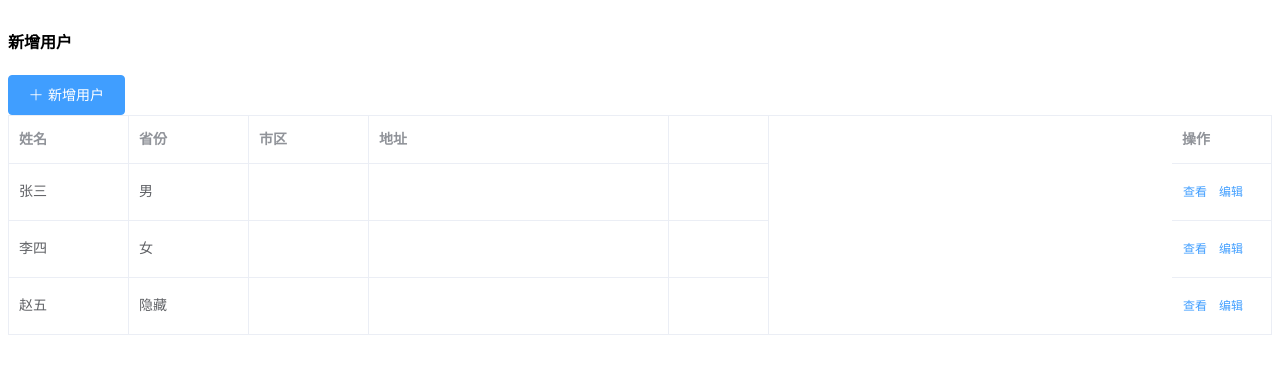
Repository: xinwuhao/New-user
Page: /
The author's editor kept a copy of each file at every save. The page is drawn from the files as they stood at one save, then again after the next save.
The browser window is 1280 px wide. The pictures show the whole page.
The project was rebuilt for these pictures with package versions that can differ from the ones it lists, and the page was loaded fresh each time.

Above is the page before, as saved 2021-12-21 15:50:26.

### src/main.js
import Vue from 'vue'
import App from './App.vue'
import router from './router'
import store from './store'
import ElementUI from 'element-ui';
import 'element-ui/lib/theme-chalk/index.css';

Vue.use(ElementUI);
Vue.config.productionTip = false

new Vue({
  router,
  store,
  el: '#app',
  render: h => h(App)
}).$mount('#app')

### src/views/Home.vue
<template>
  <div class="container">
    <div class="content">
      <h4>新增用户</h4>
      <div>
        <el-button
          type="primary"
          icon="el-icon-plus"
          @click="dialogVisible = true"
          >新增用户</el-button
        >
        <el-dialog title="提示" :visible.sync="dialogVisible" width="30%">
          <el-form
            :model="ruleForm"
            :rules="rules"
            ref="ruleForm"
            label-width="100px"
            class="demo-ruleForm"
          >
            <el-form-item label="名称" prop="name">
              <el-input v-model="ruleForm.name"></el-input>
            </el-form-item>
            <el-form-item label="性别" prop="sex">
              <el-radio-group
                v-model="ruleForm.sex"
                v-for="(item, index) in sex"
                :key="index"
              >
                <el-radio :label="item" style="margin-right: 10px"></el-radio>
              </el-radio-group>
            </el-form-item>
            <el-form-item label="手机号码" prop="contact">
              <el-input v-model="ruleForm.contact"></el-input>
            </el-form-item>
            <el-form-item label="邮箱" prop="mailbox">
              <el-input v-model="ruleForm.mailbox"></el-input>
            </el-form-item>
            <el-form-item>
              <el-button type="primary" @click="submitForm('ruleForm')"
                >立即新增</el-button
              >
              <el-button @click="resetForm('ruleForm')">取消</el-button>
            </el-form-item>
          </el-form>
        </el-dialog>
      </div>
      <!-- 用户列表 -->
      <div>
        <el-table :data="list" border style="width: 100%">
          <el-table-column prop="name" label="姓名" width="120">
          </el-table-column>
          <el-table-column prop="sex" label="省份" width="120">
          </el-table-column>
          <el-table-column prop="city" label="市区" width="120">
          </el-table-column>
          <el-table-column prop="address" label="地址" width="300">
          </el-table-column>
          <el-table-column fixed="right" label="操作" width="100">
            <template slot-scope="scope">
              <el-button
                @click="handleClick(scope.row)"
                type="text"
                size="small"
                >查看</el-button
              >
              <el-button type="text" size="small">编辑</el-button>
            </template>
          </el-table-column>
        </el-table>
      </div>
    </div>
  </div>
</template>

<script>
//引入子组件

export default {
  name: "",
  props: {},
  data() {
    return {
      dialogVisible: false,
      list: [
        {
          name: "张三",
          sex: "男",
          contact: "18581784400",
          mailbox: "12345@qq.com",
        },
        {
          name: "李四",
          sex: "女",
          contact: "18581784401",
          mailbox: "12346@qq.com",
        },
        {
          name: "赵五",
          sex: "隐藏",
          contact: "18581784402",
          mailbox: "12347@qq.com",
        },
      ],
      sex: ["隐藏", "男", "女"],
      ruleForm: {
        name: "",
        sex: "",
        contact: "",
        mailbox: "",
      },
      rules: {
        name: [
          { required: true, message: "请输入用户名称", trigger: "blur" },
          { min: 1, max: 5, message: "长度在 1 到 5 个字符", trigger: "blur" },
        ],
        contact: [
          { required: true, message: "请输入手机号码", trigger: "blur" },
          { min: 11, max: 11, message: "输入的手机号码有误", trigger: "blur" },
          {
            pattern:
              /^(?:(?:\+|00)86)?1(?:(?:3[\d])|(?:4[5-79])|(?:5[0-35-9])|(?:6[5-7])|(?:7[0-8])|(?:8[\d])|(?:9[189]))\d{8}$/,
            message: "输入的手机号码有误",
            trigger: "blur",
          },
        ],
        mailbox: [
          { required: true, message: "请输入邮箱", trigger: "blur" },
          {
            pattern:
              /^(([^<>()[\]\\.,;:\s@"]+(\.[^<>()[\]\\.,;:\s@"]+)*)|(".+"))@((\[[0-9]{1,3}\.[0-9]{1,3}\.[0-9]{1,3}\.[0-9]{1,3}\])|(([a-zA-Z\-0-9]+\.)+[a-zA-Z]{2,}))$/,
            message: "输入的邮箱有误",
            trigger: "blur",
          },
        ],
        sex: [{ required: true, message: "性别", trigger: "change" }],
      },
    };
  },
  components: {},
  methods: {
    submitForm(formName) {
      this.$refs[formName].validate((valid) => {
        if (valid) {
          this.$message.success("新增成功");
          this.dialogVisible = false;
          this.list.unshift(this.ruleForm);
          console.log(this.list);
        } else {
          this.$message.error("您还有信息没有填写或者填写的信息有误");
          return false;
        }
      });
    },
    resetForm(formName) {
      this.$refs[formName].resetFields();
      this.dialogVisible = false;
    },
  },
  mounted() {},
  computed: {},
  watch: {},
};
</script>

<style lang='scss' scoped>
.container {
  display: flex;
  justify-content: center;
}
.content {
  width: 1450px;
  /* 注意适配的宽度必须大于最小适配宽度 */
}
.flex {
  display: flex;
}
</style>

Loaded but not shown: public/index.html (common file); src/App.vue (common file); src/router/index.js (common file); src/store/index.js (common file)

After the next save:
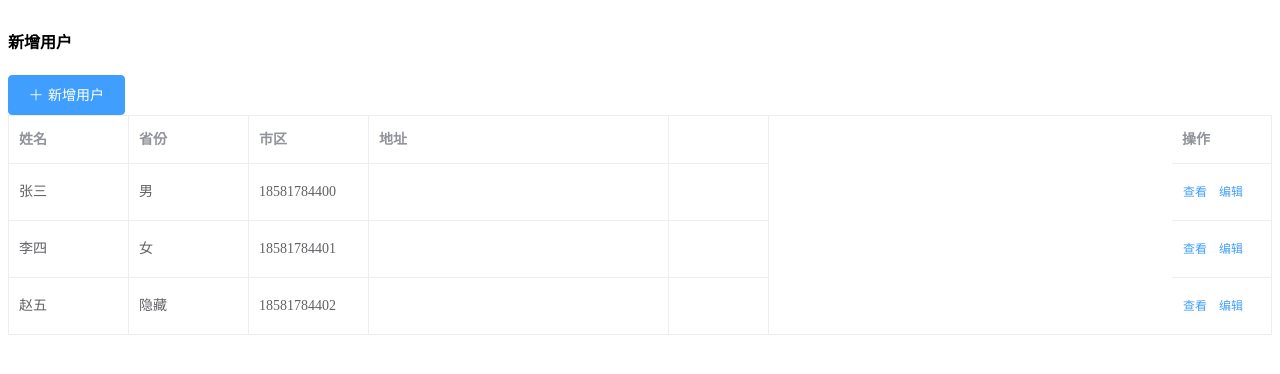
Saved 14 s later.
--- a/src/views/Home.vue
+++ b/src/views/Home.vue
@@ -51,7 +51,7 @@
           </el-table-column>
           <el-table-column prop="sex" label="省份" width="120">
           </el-table-column>
-          <el-table-column prop="city" label="市区" width="120">
+          <el-table-column prop="contact" label="市区" width="120">
           </el-table-column>
           <el-table-column prop="address" label="地址" width="300">
           </el-table-column>
